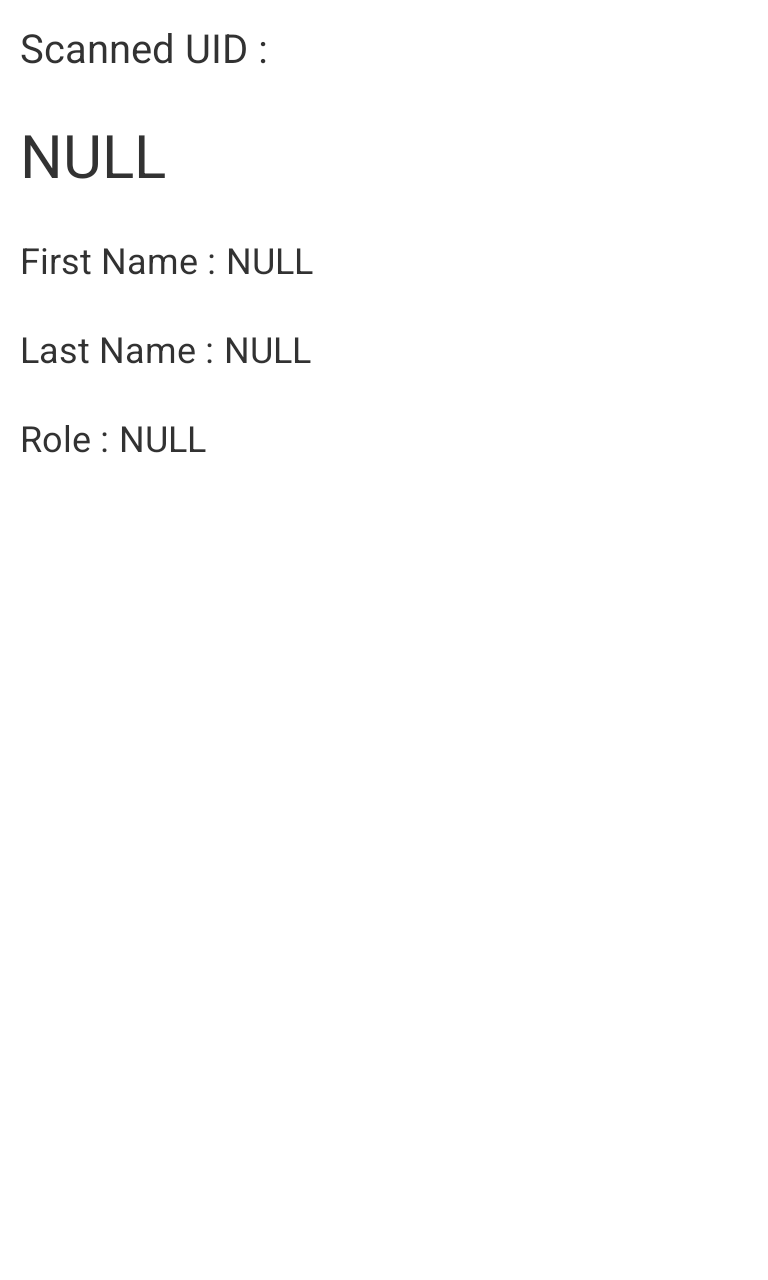
Repository: LennoxAlexion/UID
Layout: Android App/Uid-Project/res/layout/activity_qr_result.xml
These files come from the project's save history. The layout is drawn as it stood at one moment and after the next save; the edit follows.
It is drawn on a 768 x 1280 px phone screen (xhdpi) without system bars, with theme AppTheme; the app's code is not run.

Above is the layout before, as saved 2015-03-29 07:02:11.

After the next save:
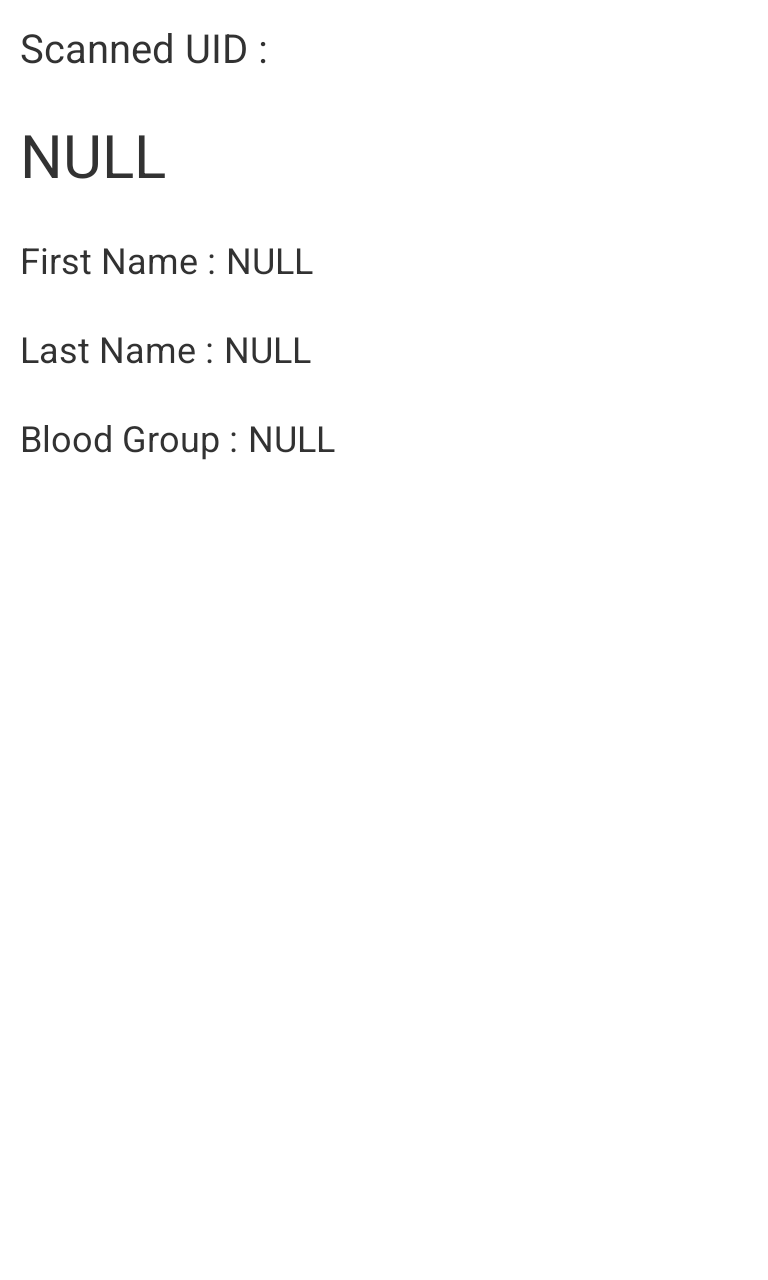
Saved 43 s later.
--- a/Android App/Uid-Project/res/layout/activity_qr_result.xml
+++ b/Android App/Uid-Project/res/layout/activity_qr_result.xml
@@ -75,11 +75,11 @@
         <TextView
             android:layout_width="wrap_content"
             android:layout_height="wrap_content"
-            android:text="Role :"
+            android:text="Blood Group :"
             android:textSize="18dp" />
 
         <TextView
-            android:id="@+id/TextView_Role"
+            android:id="@+id/TextView_qr_result_BloodGroup"
             android:layout_width="wrap_content"
             android:layout_height="wrap_content"
             android:layout_marginLeft="5dp"
